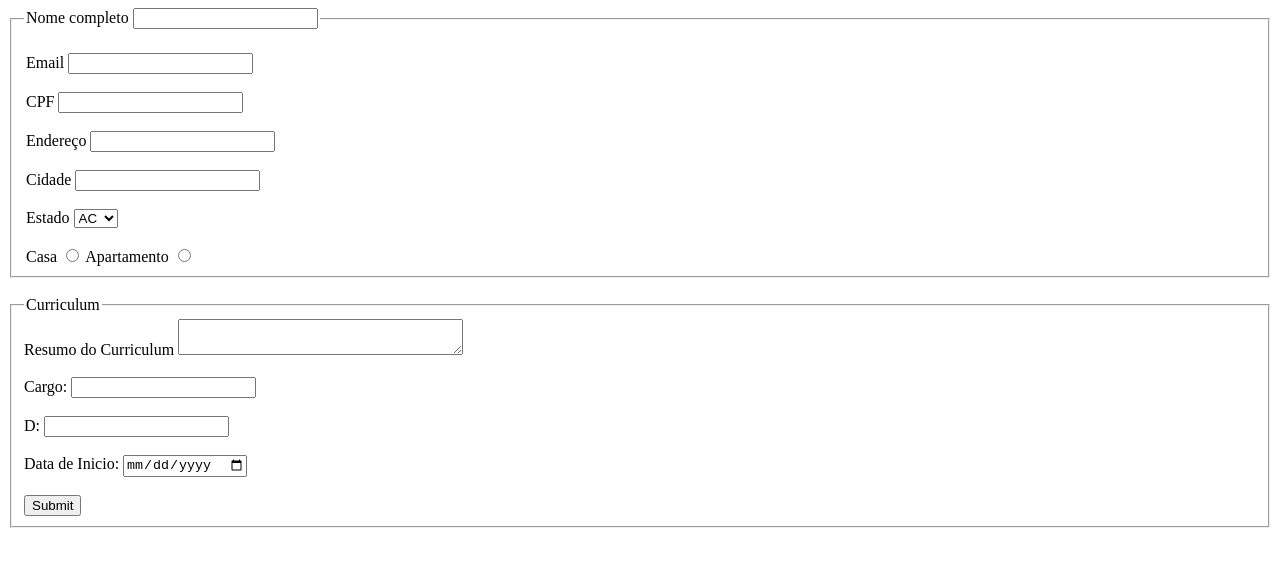
Repository: Parker9309/-trybe-exercises
Page: exercises/exercises-bloco6/html-e-css-forms-flexbox-e-responsivo_1/index.html
The author's editor kept a copy of each file at every save. The page is drawn from the files as they stood at one save, then again after the next save.
The browser window is 1280 px wide. The pictures show the whole page.

Above is the page before, as saved 2021-03-16 20:30:13.

### exercises/exercises-bloco6/html-e-css-forms-flexbox-e-responsivo_1/index.html
<!DOCTYPE html>
<html lang="pt-br">
<head>
  <meta charset="UTF-8">
  <meta http-equiv="X-UA-Compatible" content="IE=edge">
  <meta name="viewport" content="width=device-width, initial-scale=1.0">
  <title>Document</title>
</head>
<body>
  <form>
    <div id="forms">
    <fieldset>
      <legend>
        <label form="nome"> Nome completo
          <input type = "text" name="nome" id="nome" maxlength="40" required>
        </label>
      </legend>

  <br>

    <legend>
      <label form="mail"> Email
        <input type = "text" name="nome" id="mail" maxlength="50" required>
      </label>
    </legend>

  <br>

    <legend>
      <label form="cpf"> CPF
        <input type = "text" name="nome" id="cpf" maxlength="11" required>
      </label>
    </legend>

<br>

  <legend>
    <label form="nome"> Endereço
      <input type = "text" name="nome" id="endereço" maxlength="200" required>
    </label>
  </legend>

<br>

  <legend>
    <label form="nome"> Cidade
      <input type = "text" name="nome" id="city" maxlength="28" required>
    </label>
  </legend>

<br>

  <legend>
    <label form="nome"> Estado
      <select name="nome" id="estados" required>
    </label>
  </legend>

<br>

  <legend>
    <label form="nome"> Estado
      <select name="nome" id="estados" required>
    </label>
  </legend>

<br>

  <legend>
      <label form="nome">Casa</label>
      <input type="radio" name="nome" id="Moradia" required>
      <label form="nome">Apartamento</label>
      <input type="radio" name="nome" id="Moradia" required>
  </legend>
</fieldset>
<br>
<fieldset>
  <legend>Curriculum</legend>
  <label for="fname">Resumo do Curriculum</label>
  <textarea type="text"id="fname" name="fname" ows="5" cols="33" maxlength="2000" placeholder="Conte me sobre seu Curriculum" required>
   </textarea><br><br>
  <label for="lname">Cargo:</label>
  <input type="text" id="cargo" name="cargo"><br><br>
  <label for="email">D:</label>
  <input type="text" id="email" name="email"><br><br>
  <label for="dateBegin">Data de Inicio:</label>
  <input type="date" id="dateBegin" name="dateBegin" required><br><br>
  <input type="submit" value="Submit">
</fieldset>
</div>
</form>
<script src = "script.js"></script>
</body>
</html>

### exercises/exercises-bloco6/html-e-css-forms-flexbox-e-responsivo_1/script.js
let opcoes = document.getElementById('estados');
function criarOpcoes() {
  let estadosBr = ['AC', 'AL', 'AP','AM', 'BA','CE', 'DF',
  'ES', 'GO', 'MA', 'MT', 'MS', 'MG', 'PA', 'PB', 'PR','PE', 'PI', 'RJ', 'RN', 'RS', 'RO', 'RR', 'SC', 'SP', 'SE', 'TO'];
  for (let stateIndex = 0; stateIndex < estadosBr.length; stateIndex += 1) {
    let opcao = document.createElement('option');
    opcao.value = estadosBr[stateIndex].toLowerCase();
    opcao.id = 'estados';
    opcao.innerHTML = estadosBr[stateIndex];
    opcoes.appendChild(opcao);
  }
}
criarOpcoes()

After the next save:
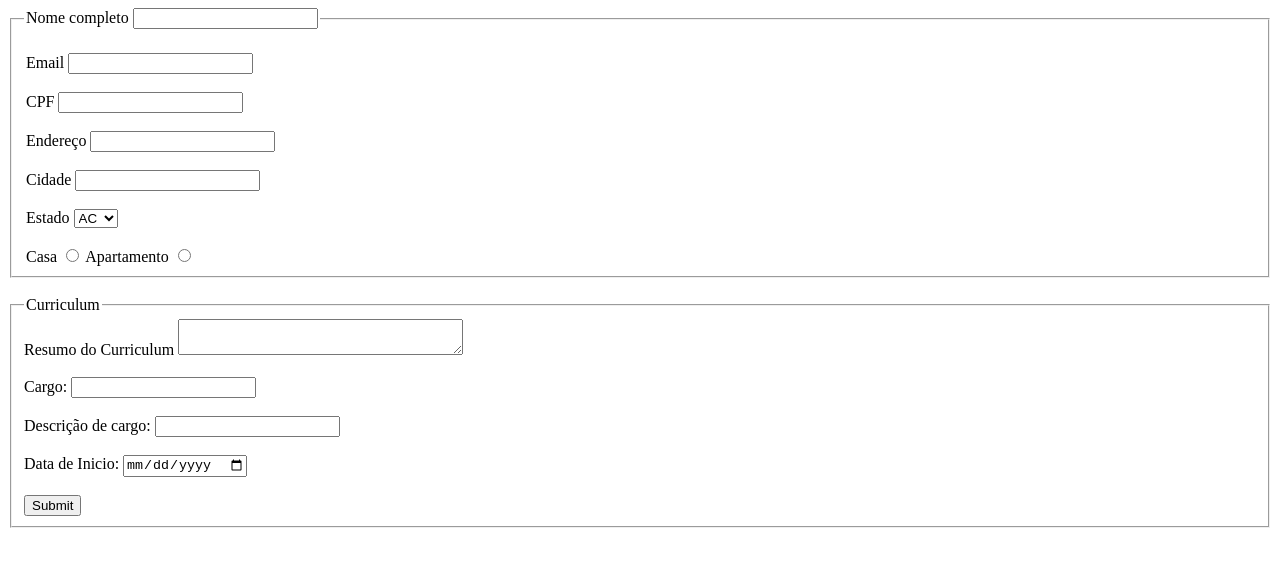
Saved 6 s later.
--- a/exercises/exercises-bloco6/html-e-css-forms-flexbox-e-responsivo_1/index.html
+++ b/exercises/exercises-bloco6/html-e-css-forms-flexbox-e-responsivo_1/index.html
@@ -81,7 +81,7 @@
    </textarea><br><br>
   <label for="lname">Cargo:</label>
   <input type="text" id="cargo" name="cargo"><br><br>
-  <label for="email">D:</label>
+  <label for="email">Descrição de cargo:</label>
   <input type="text" id="email" name="email"><br><br>
   <label for="dateBegin">Data de Inicio:</label>
   <input type="date" id="dateBegin" name="dateBegin" required><br><br>
